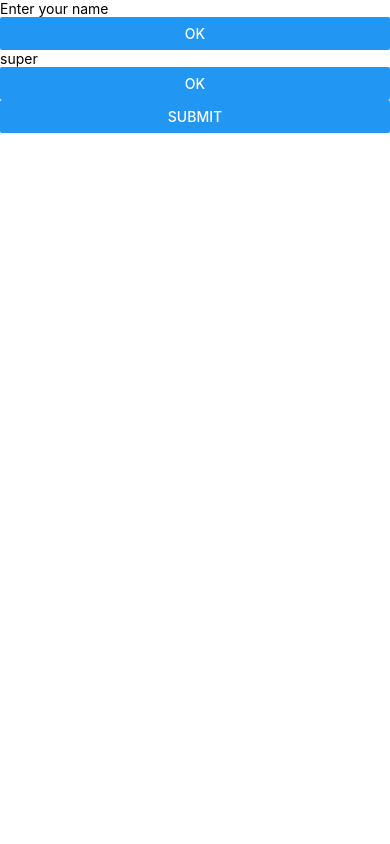
Repository: vsangavi/ReactNative-Form
Screen: /
An editor plug-in stored every save of this project. The screen is shown before and after a run of saves, followed by the edit.
The app was drawn by React Native's web renderer in a window 390 px wide. The project was rebuilt for these pictures with package versions that can differ from the ones it lists, and the page was loaded fresh each time.

Above is the screen before, as saved 2020-10-02 08:12:33.

### App.js
/**
 * Sample React Native App
 * https://github.com/facebook/react-native
 *
 * @format
 * @flow strict-local
 */

import React, {Component} from 'react';
import {
  AppRegistry,
  SafeAreaView,
  StyleSheet,
  ScrollView,
  View,
  TextInput,
  Text,
  StatusBar,
  Button,
} from 'react-native';

import {
  Header,
  LearnMoreLinks,
  Colors,
  DebugInstructions,
  ReloadInstructions,
} from 'react-native/Libraries/NewAppScreen';
import Input from './Input';

// const App: () => React$Node = () => {
//   const [name, setname] = useState('');
//   const [password, setpassword] = useState('');

//   return (
//     <View>
//       <Input
//         placeholder={'hello'}
//         value={name}
//         onChangeText={(text) => setname(text)}
//         type="text"
//       />
//       <Input
//         placeholder={'super'}
//         type="password"
//         value={password}
//         secureTextEntry
//         onChangeText={(text) => setpassword(text)}
//       />
//       <Input placeholder={'Fabulous'} />
//     </View>
//   );
// };
class App extends Component {
  constructor(props) {
    super();
    this.state = {
      name: '',
      password: '',
    };
  }
  render() {
    return (
      <View>
        <Input
          placeholder={'Enter your name'}
          value={this.state.name}
          onChangeText={(text) => this.setState({name: text})}
          type="text"
        />
        <Input
          placeholder={'super'}
          secureTextEntry
          value={this.state.password}
          onChangeText={(text) => this.setState({password: text})}
        />
        <Button title="Submit" onPress={() => console.log(this.state)}></Button>
      </View>
    );
  }
}

const styles = StyleSheet.create({
  scrollView: {
    backgroundColor: Colors.lighter,
  },
  engine: {
    position: 'absolute',
    right: 0,
  },
  body: {
    backgroundColor: Colors.white,
  },
  sectionContainer: {
    marginTop: 32,
    paddingHorizontal: 24,
  },
  sectionTitle: {
    fontSize: 24,
    fontWeight: '600',
    color: Colors.black,
  },
  sectionDescription: {
    marginTop: 8,
    fontSize: 18,
    fontWeight: '400',
    color: Colors.dark,
  },
  highlight: {
    fontWeight: '700',
  },
  footer: {
    color: Colors.dark,
    fontSize: 12,
    fontWeight: '600',
    padding: 4,
    paddingRight: 12,
    textAlign: 'right',
  },
});

export default App;

### Input.js
import React, {useState} from 'react';
import {
  SafeAreaView,
  StyleSheet,
  ScrollView,
  View,
  Alert,
  TextInput,
  Text,
  StatusBar,
  Button,
} from 'react-native';
const Input = (props) => {
  let {value, placeholder, onChangeText, type} = props;
  const createTwoButtonAlert = () =>
    Alert.alert(
      'Alert Title',
      [
        {
          text: 'Cancel',
          onPress: () => console.log('Cancel Pressed'),
          style: 'cancel',
        },
        {text: 'OK', onPress: () => console.log('OK Pressed')},
      ],
      {cancelable: false},
    );

  return (
    <View>
      <TextInput
        value={value}
        placeholder={placeholder}
        onChangeText={onChangeText}
        type={type}
        {...props}
      />
      <Button title="ok" onPress={() => console.log(value)}></Button>
    </View>
  );
};
export default Input;

After the next 2 saves:
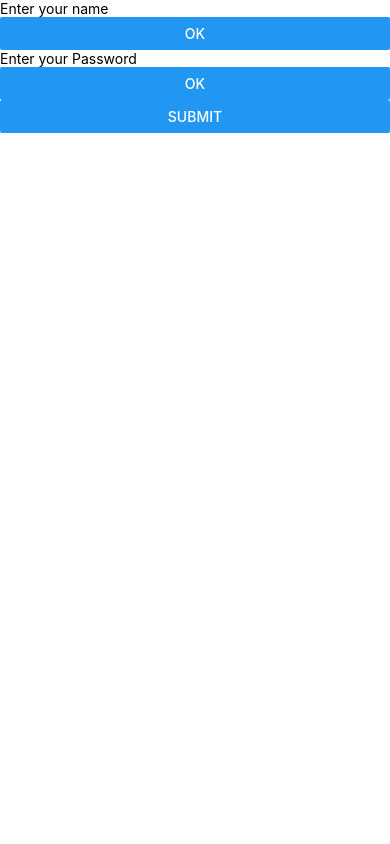
The 2 saves are shown as one change because they came seconds apart.
The last was saved 17 s later.
--- a/App.js
+++ b/App.js
@@ -69,7 +69,7 @@ class App extends Component {
           type="text"
         />
         <Input
-          placeholder={'super'}
+          placeholder={'Enter your Password'}
           secureTextEntry
           value={this.state.password}
           onChangeText={(text) => this.setState({password: text})}
